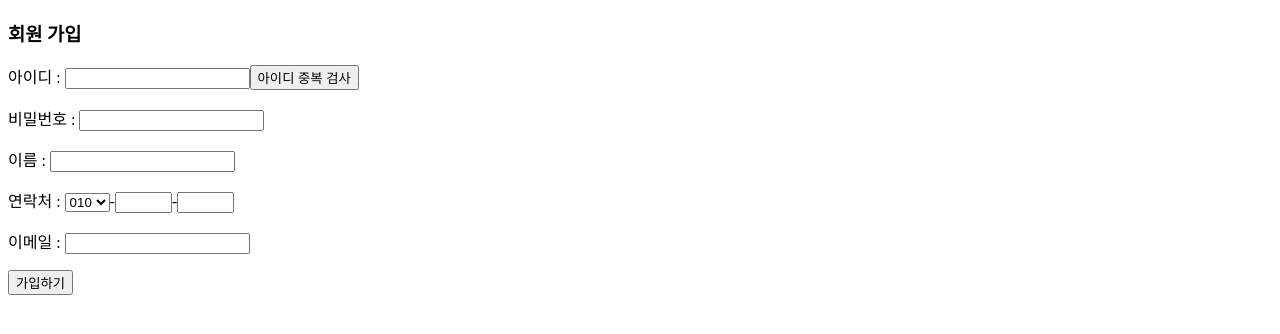
Repository: lhj257/jspwrokspace
Page: http://localhost/JSPBook/ch08/validation05.jsp
These files come from the project's save history. The page is drawn as it stood at one moment and after the next save; the edit follows.
The browser window is 1280 px wide. The pictures show the whole page.
The page is served by Tomcat 9. Nobody is signed in. The application's start-up code is not run. Other server files are loaded and not shown.

Above is the page before, as saved 2023-08-29 02:34:44.

### JSPBook/src/main/webapp/ch08/validation05.jsp
<%@ page language="java" contentType="text/html; charset=UTF-8"
	pageEncoding="UTF-8"%>
<!DOCTYPE html>
<html>
<head>
<meta charset="UTF-8">
<title>Insert title here</title>
</head>
<script type="text/javascript">
	function checkMember(){

		var regExpId=/^[a-z|A-Z|ㄱ-ㅎ|ㅏ-ㅣ|가-힣]/;
		var regExpName=/^[가-힣]*$/;
		var regExpPasswd=/^[0-9]*$/;
		var regExpPhone=/^\d{3}-\d{3,4}-\d{4}$/;
		var regExpEmail=/^[0-9a-zA-Z]([-_\.]?[0-9a-zA-Z])*@[0-9a-zA-Z]([-_\.]?[0-9a-zA-Z])*\.[a-zA-Z]{2,3}$/i;

		var form=document.Member;

		var id=form.id.value;
		var name=form.name.value;
		var passwd=form.passwd.value;
		var phone=form.phone1.valeu+"-"+form.phone2.value+"-"+form.phone3.value;
		var email = form.email.value;

		if(!regExpId.test(id)){
			alert("아이디는 문자로 시작해주세요!");
			form.id.select();
			return;
		}
		if(!regExpName.test(name)){
			alert("이름은 한글만 입력해주세요!");
			return;
		}
		if(!regExpPasswd.test(passwd)){
			alert("비밀번호는 숫자만 입력해주세요!");
			return;
		}
		if(!regExpPhone.test(phone)){
			alert("연락처 입력을 확인해주세요!");
			return;
		}
		if(!regExpEmail.test(email)){
			alert("이메일 입력을 확인해주세요!");
			return
		}
		form.submit();
	}
</script>
<body>
	<h3>회원 가입</h3>
	<form action="validation05_process.jsp" name="member" method="post">
		<p>
			아이디 : <input type="text" name="id"><input type="button"
				value="아이디 중복 검사">
		<p>
			비밀번호 : <input type="password" name="passwd">
		<p>
			이름 : <input type="text" name="name">
		<p>
			연락처 : <select name="phone1">
				<option value="010">010</option>
				<option value="011">011</option>
				<option value="016">016</option>
				<option value="017">017</option>
				<option value="019">019</option>
			</select>-<input type="text" maxlength="4" size="4" name="phone2">-<input
				type="text" maxlength="4" size="4" name="phone3">
		<p>
			이메일 : <input type="text" name="email">
		<p>
			<input type="submit" value="가입하기" onclick="checkMember()">
	</form>
</body>
</html>

After the next save:
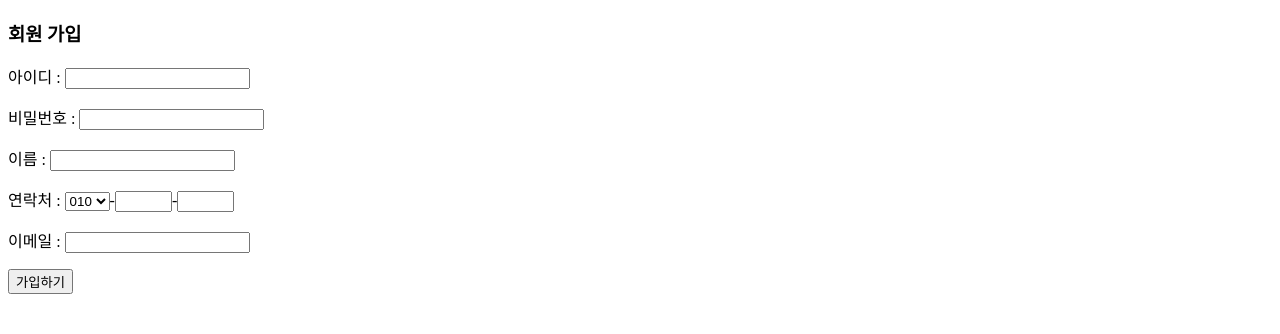
Saved 2 min 27 s later.
--- a/JSPBook/src/main/webapp/ch08/validation05.jsp
+++ b/JSPBook/src/main/webapp/ch08/validation05.jsp
@@ -51,8 +51,7 @@
 	<h3>회원 가입</h3>
 	<form action="validation05_process.jsp" name="member" method="post">
 		<p>
-			아이디 : <input type="text" name="id"><input type="button"
-				value="아이디 중복 검사">
+			아이디 : <input type="text" name="id">
 		<p>
 			비밀번호 : <input type="password" name="passwd">
 		<p>
